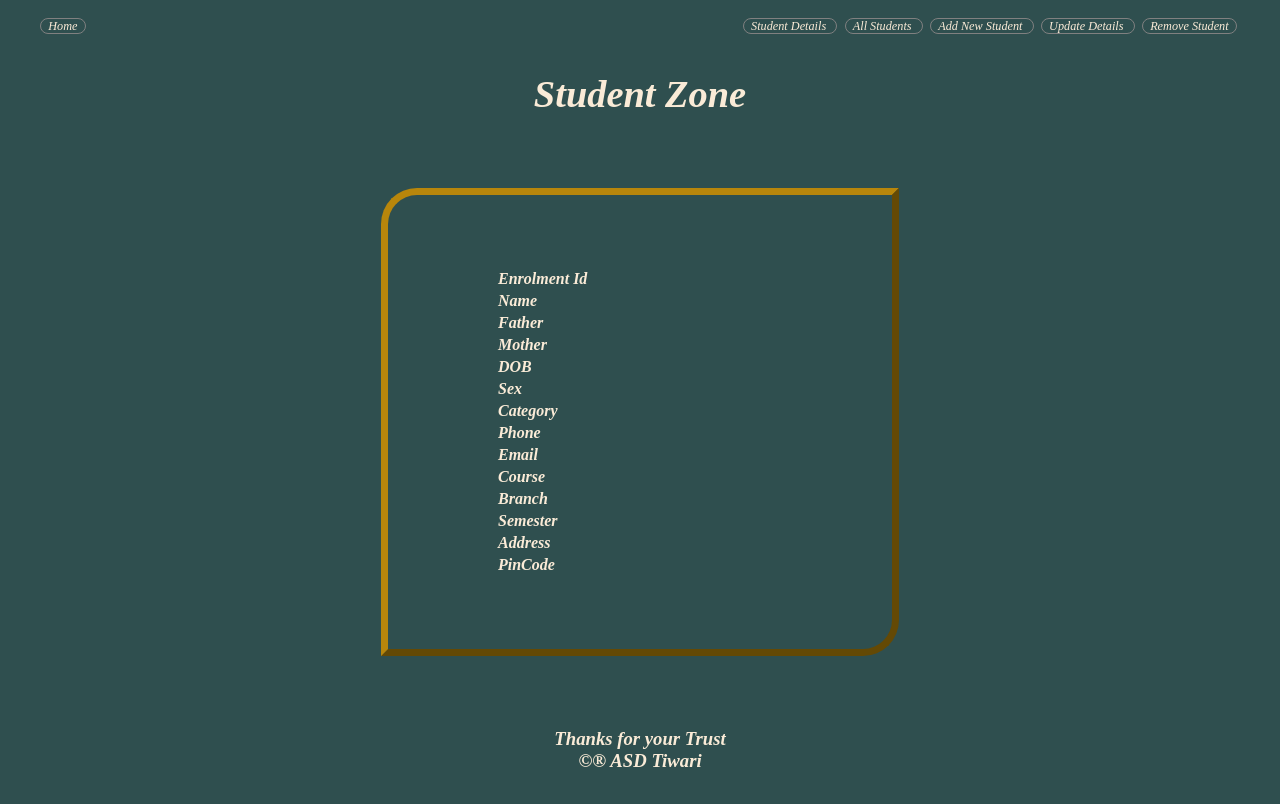
Repository: asdtiwari/Practice
Page: http://localhost/showInfo
The author's editor kept a copy of each file at every save. The page is drawn from the files as they stood at one save, then again after the next save.
The browser window is 1280 px wide. The pictures show the whole page.
The page is this project's Thymeleaf template; nobody is signed in. The template is opened directly, without the code that normally fills it, so the values that code supplies are empty.

Above is the page before, as saved 2023-11-17 04:24:50.

After the next save:
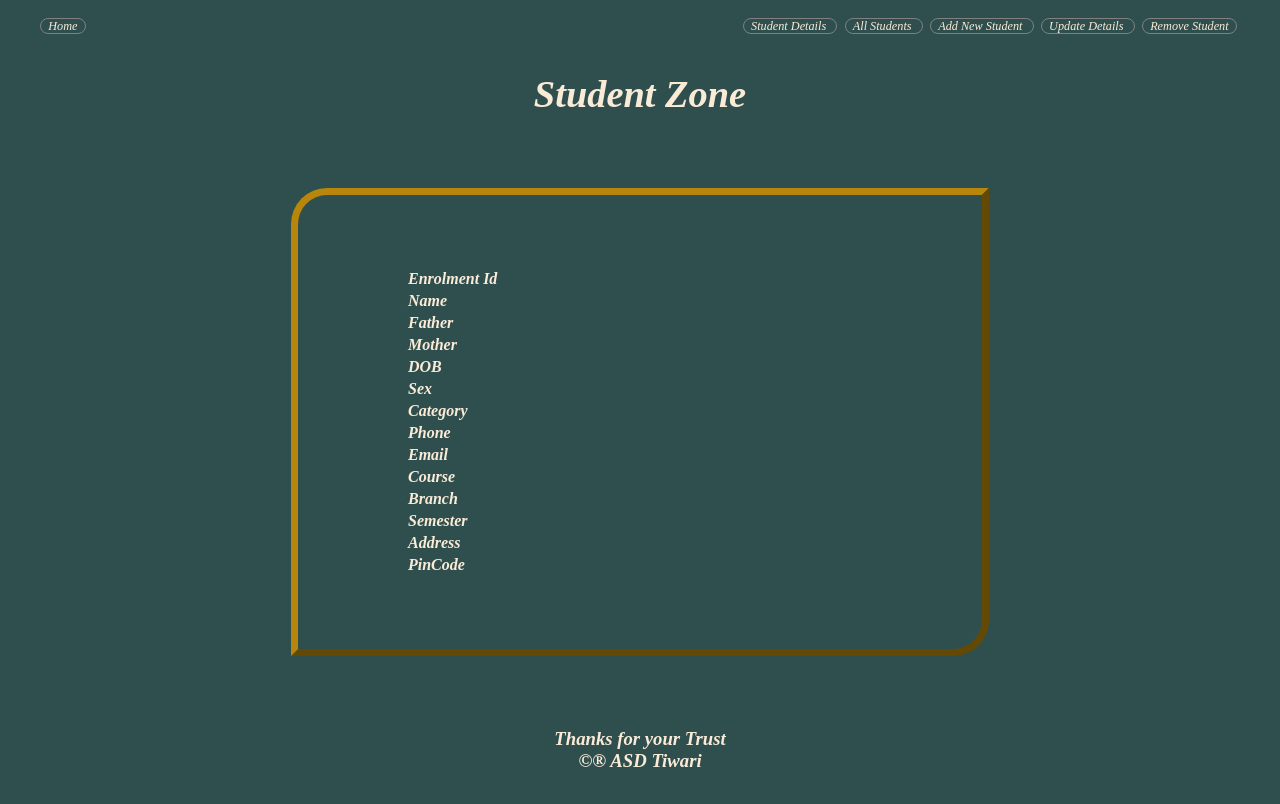
Saved 119 s later.
--- a/DiwaliProjectSTS/studentZone/src/main/resources/templates/showInfo.html
+++ b/DiwaliProjectSTS/studentZone/src/main/resources/templates/showInfo.html
@@ -66,7 +66,7 @@
                 border: outset 1vh darkgoldenrod;
                 border-top-left-radius: 5vh;
                 border-bottom-right-radius: 5vh;
-                width: 50vh;
+                width: 75vh;
                 margin-top: 10vh;
                 margin-bottom: 10vh;
                 padding: 10vh;
